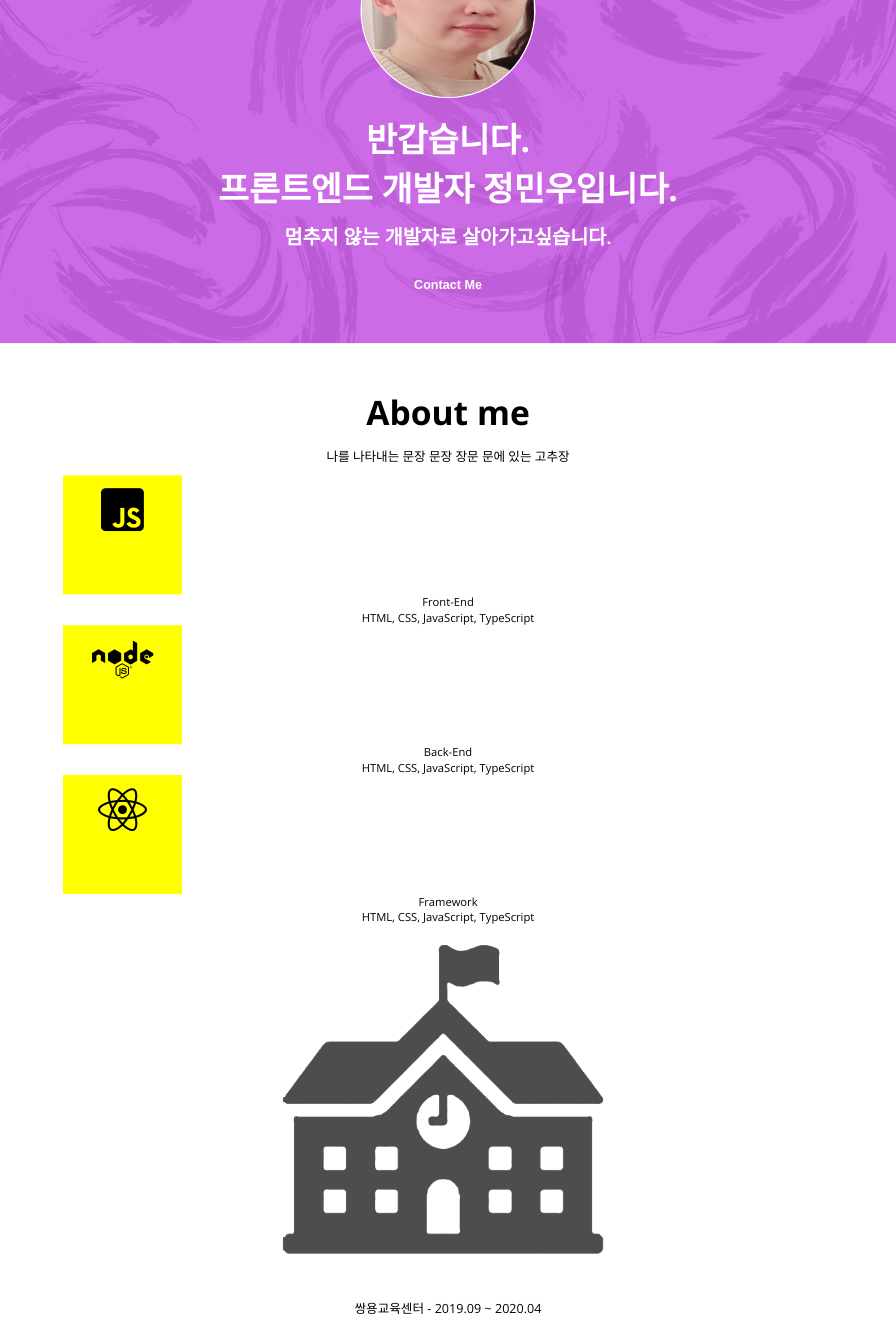
Repository: DevMinwoo-Jung/MinwooPortfolio
Page: index.html
The author's editor kept a copy of each file at every save. The page is drawn from the files as they stood at one save, then again after the next save.
The browser window is 1280 px wide. The pictures show the part of the page from y = 913 to 2833 px (the page is 8058 px tall), at 70% of full size.

Above is the page before, as saved 2021-05-31 14:35:13.

### index.html
<!DOCTYPE html>
<html lang="en">
<head>
  <meta charset="UTF-8">
  <meta http-equiv="X-UA-Compatible" content="IE=edge">
  <meta name="viewport" content="width=device-width, initial-scale=1.0">
  <title>Minwoo's Portfolio</title>
  <meta name="description" content="(will be) world-renowned Front-End Web developer Minwoo">
  <meta name="author" content= "Minwoo Jung">
  <link rel="icon" type ="image/png" href="imgs/favicon.png">
  <link rel="stylesheet" href="https://use.fontawesome.com/releases/v5.15.3/css/all.css" integrity="sha384-SZXxX4whJ79/gErwcOYf+zWLeJdY/qpuqC4cAa9rOGUstPomtqpuNWT9wdPEn2fk" crossorigin="anonymous">
  <link rel="preconnect" href="https://fonts.gstatic.com">
<link href="https://fonts.googleapis.com/css2?family=Open+Sans:wght@400;600;700&display=swap" rel="stylesheet">
<link rel="stylesheet" href="style.css">
<script src="main.js" defer></script>
</head>
<body>
  <h1>Heading</h1>
  <h2>Heading</h2>
  <h3>Heading</h3>
  <p>Paragraph</p>
  <!-- Navbar -->
  <nav id="navbar">
    <div class="navbar__logo">
      <img src="imgs/favicon.png" alt="">
      <a href="#">Minwoo</a>
    </div>
      <ul class="nvabar__menu">
        <li class="navbar__menu__item--active">Home</li>
        <li class="navbar__menu__item">About</li>
        <li class="navbar__menu__item">Skills</li>
        <li class="navbar__menu__item">My work</li>
        <li class="navbar__menu__item">Testimonial</li>
        <li class="navbar__menu__item">Contact</li>
      </ul>
  </nav>
  <!-- Home -->
  <section id="home">
    <img src="imgs/myPhoto.jpg" alt="Minwoo's profile photo" class="home__avatar">
    <h1 class="home__title">반갑습니다. <br> 프론트엔드 개발자 정민우입니다.</h1>
    <h2 class="home__description">멈추지 않는 개발자로 살아가고싶습니다.</h2>
    <button class="home__contact">Contact Me</button>
  </section>
  <!-- About -->
  <section id="about" class="section">
    <h1>About me</h1>
    <p>나를 나타내는 문장 문장 장문 문에 있는 고추장</p>
    <div class="about__majors">
      <div class="major">
        <div class="major__icon">
          <i class="fab fa-js-square"></i>
        </div>
        <div class="major__title">Front-End</div>
        <div class="major__description">
          HTML, CSS, JavaScript, TypeScript
        </div>
      </div>
      <div class="major">
        <div class="major__icon">
          <i class="fab fa-node"></i>
        </div>
        <div class="major__title">Back-End</div>
        <div class="major__description">
          HTML, CSS, JavaScript, TypeScript
        </div>
      </div>
      <div class="major">
        <div class="major__icon">
          <i class="fab fa-react"></i>
        </div>
        <div class="major__title">Framework</div>
        <div class="major__description">
          HTML, CSS, JavaScript, TypeScript
        </div>
      </div>
    </div>
    <div class="aoubt__jobs">
      <img src="imgs/school.png" alt="" class="job__logo">
      <p class="job__period">쌍용교육센터 - 2019.09 ~ 2020.04</p>
      <img src="imgs/school.png" alt="" class="job__logo">
      <p class="job__period">호서대학교 - 2012.02 ~ 2017.02</p>
    </div>



  </section>
  <!-- Skills -->
  <section id="skills" class="section">
    <h1>Skills</h1>
    <h2>Skills & Attributes</h2>
    <p>
      나를 잘 포장할 말을 쓰면 된다
    </p>
    <div class="skillset">
      <div class="skillset__left">
        <h3 class="skillset__title">Skills</h3>
        <div class="skill">
          <div class="skill__description">
            <span>HTML</span>
            <span>90%</span>
          </div>
          <div class="skill__bar">
            <div class="skill__value"></div>
          </div>
        </div>
        <div class="skill">
          <div class="skill__description">
            <span>JavaScript</span>
            <span>90%</span>
          </div>
          <div class="skill__bar">
            <div class="skill__value"></div>
          </div>
        </div>
        <div class="skill">
          <div class="skill__description">
            <span>CSS</span>
            <span>90%</span>
          </div>
          <div class="skill__bar">
            <div class="skill__value"></div>
          </div>
        </div>
        <div class="skill">
          <div class="skill__description">
            <span>TypeScript</span>
            <span>90%</span>
          </div>
          <div class="skill__bar">
            <div class="skill__value"></div>
          </div>
        </div>
        <div class="skill">
          <div class="skill__description">
            <span>NodeJs</span>
            <span>90%</span>
          </div>
          <div class="skill__bar">
            <div class="skill__value"></div>
          </div>
        </div>
      </div>
      <div class="skillset__right">
        <div class="tools">
          <h3 class="skillset__title">Tools</h3>
          <ul class="tools__list">
            <li><span>Visual Studio Code</span></li>
            <li><span>1</span></li>
            <li><span>2</span></li>
            <li><span>3</span></li>
            <li><span>4</span></li>
          </ul>
        </div>
        <div class="etc">
          <h3 class="skillset__title">Etc</h3>
          <ul class="etc__list">
            <li><span>Git</span></li>
            <li><span>Etc</span></li>
          </ul>
        </div>
      </div>
    </div>
  </section>
  <!-- Work -->
  <section id="work" class="section">
    <h1>My work</h1>
    <h3>Projects</h3>
    <div class="work__categories">
      <button class="category__btn">All <span class="category__count">8</span></button>
      <button class="category__btn">Front-End <span class="category__count">3</span></button>
      <button class="category__btn">React <span class="category__count">2</span></button>
      <button class="category__btn">vanilaJs <span class="category__count">2</span></button>
      <button class="category__btn">nodeJs <span class="category__count">1</span></button>
    </div>
    <div class="wrok__projects">
      <a href="mygithub" class="project__img" target="blank" data-type="back-end">
      <img src="imgs/favicon.png" alt="project1">
      <!-- 이미지 추후에 넣자 -->
      <div class="project__description">
        <h3>Proejct</h3>
        <span>Clone coding with HTML and CSS</span>
      </div>
      </a>
      <a href="mygithub" class="project__img" target="blank" data-type="back-end">
        <img src="imgs/favicon.png" alt="project1">
        <!-- 이미지 추후에 넣자 -->
        <div class="project__description">
          <h3>Proejct</h3>
          <span>Clone coding with HTML and CSS</span>
        </div>
        </a>
        <a href="mygithub" class="project__img" target="blank" data-type="back-end">
          <img src="imgs/favicon.png" alt="project1">
          <!-- 이미지 추후에 넣자 -->
          <div class="project__description">
            <h3>Proejct</h3>
            <span>Clone coding with HTML and CSS</span>
          </div>
          </a>
          <a href="mygithub" class="project__img" target="blank" data-type="back-end">
            <img src="imgs/favicon.png" alt="project1">
            <!-- 이미지 추후에 넣자 -->
            <div class="project__description">
              <h3>Proejct</h3>
              <span>Clone coding with HTML and CSS</span>
            </div>
            </a>
    </div>
  </section>
  <!-- Testimonials -->
  <section id="testimonials" class="section">
    <h1>Testmonials</h1>
    <h3>See what they say about me</h3>
    <div class="testmonials">
      <div class="testimonial">
        <img src="imgs/testimonail/people.jpg" alt="" class="testimonial__avatar">
        <div class="testimonail__speech-bubble">
          <p>qmffkqmffk</p>
          <p class="name"><a href="">이름</a>일한곳</p>
        </div>
      </div>
      <div class="testimonial">
        <img src="imgs/testimonail/people.jpg" alt="" class="testimonial__avatar">
        <div class="testimonail__speech-bubble">
          <p>qmffkqmffk</p>
          <p class="name"><a href="">이름</a>일한곳</p>
        </div>
      </div>
    </div>
  </section>
  <!-- Contact -->
  <section id="contact" class="section">
    <h1 class="contact__title">Let's talk</h1>
    <h2 class="contact__email">applejung312@gmail.com</h2>
    <div class="contact__links">
      <a href="https://github.com/DevMinwoo-Jung" target="_blank">
        <i class="fab fa-github"></i>
      </a>
      <a href="https://dev-minwoo.tistory.com/" target="_blank">
        <i class="fas fa-blog"></i>
      </a>
    </div>
    <p class="contact__right">
      2021 Minwoo Jung - All rights reseverd
    </p>
  </section>
</body>
</html>

### style.css
/* Global */
:root {
  /* Color */
  --color-white: #ffffff;
  --color-light-white: #eeeeee;
  --color-dark-white: #bdbdbd;
  --color-pink: #fe918d;
  --color-dark-pink: #ff6863;
  --color-dark-grey: #4d4d4d;
  --color-grey: #616161;
  --color-light-grey: #7c7979;
  --color-blue: #73aace;
  --color-yellow: #fff7d1;
  --color-orange: #feb546;
  --color-black: #000000;
  --color-dard-purple: rgb(78, 23, 69);

  /* Font size */
  --font-large: 48px;
  --font-medium: 28px;
  --font-regular: 18px;
  --font-small: 16px;
  --font-micro: 14px;

  /* Font weight */
  --weight-bold: 700;
  --weight-semi-bold: 600;
  --weight-regular: 400;

  /* Size */
  --size-border-radius: 4px;
}

/* Universal tags */
* {
  box-sizing: border-box;
}

/* Typography */
h1 {
  font-size: var(--font-large);
  font-weight: var(--weight-bold);
  color: var(--color-black);
  margin: 16px 0px;
}

h2 {
  font-size: var(--font-medium);
  font-weight: var(--weight-semi-bold);
  color: var(--color-black);
  margin: 8px 0;
}

h3 {
  font-size: var(--font-regular);
  font-weight: var(--weight-regular);
  color: var(--color-black);
  margin: 8px 0;
}

p {
  font-size: var(--font-regular);
  font-weight: var(--weight-regular);
  color: var(--color-black);
  margin: 16px 0;
}

body {
  margin: 0;
  font-family: "Open Sans", sans-serif;
  cursor: default;
}

a {
  text-decoration: none;
  color: var(--color-white);
}

ul {
  list-style: none;
  padding-left: 0;
}

li {
  list-style: none;
}

button {
  background-color: transparent;
  cursor: pointer;
  border: none;
  outline: none;
}

/* Navbar */
#navbar {
  display: flex;
  justify-content: space-between;
  background-color: purple;
  align-items: center;
  color: var(--color-white);
  padding: 16px;
}

.navbar__menu {
  display: flex;
}

.navbar__menu__item {
  padding: 8px 12px;
  margin: 0 4px;
  cursor: pointer;
  border-radius: var(--size-border-radius);
}

.navbar__logo {
  font-size: var(--font-medium);
  font-weight: var(--weight-semi-bold);
}

.navbar__menu__item--active {
  border: 1px solid var(--color-white);
}

.navbar__menu__item:hover {
  background-color: var(--color-dard-purple);
}

/* Home */
#home {
  background: url("imgs/background\ Img.png") center/cover no-repeat;
  padding: 40px;
  text-align: center;
}

.home__avatar {
  width: 250px;
  height: 250px;
  border-radius: 50%;
  border: 2px solid var(--color-white);
}

.home__title,
.home__description {
  color: var(--color-white);
}

.home__contact {
  color: var(--color-white);
  font-size: var(--font-regular);
  font-weight: var(--weight-bold);
  margin: 24px;
  padding: 8px 12px;
  border: 2px solid (var(--color-white));
  border-radius: var(--size-border-radius);
}

/* Section common */
.section {
  margin: auto;
  padding: 50px;
  text-align: center;
  max-width: 1200px;
}

/* About */
.aoubt__majors {
  display: flex;
  justify-content: space-between;
  margin: 80px 0;
}

.major__icon {
  width: 170px;
  height: 170px;
  font-size: 70px;
  background-color: yellow;
}

Loaded but not shown: main.js (no copy from this time; the picture is the same without it)

After the next save:
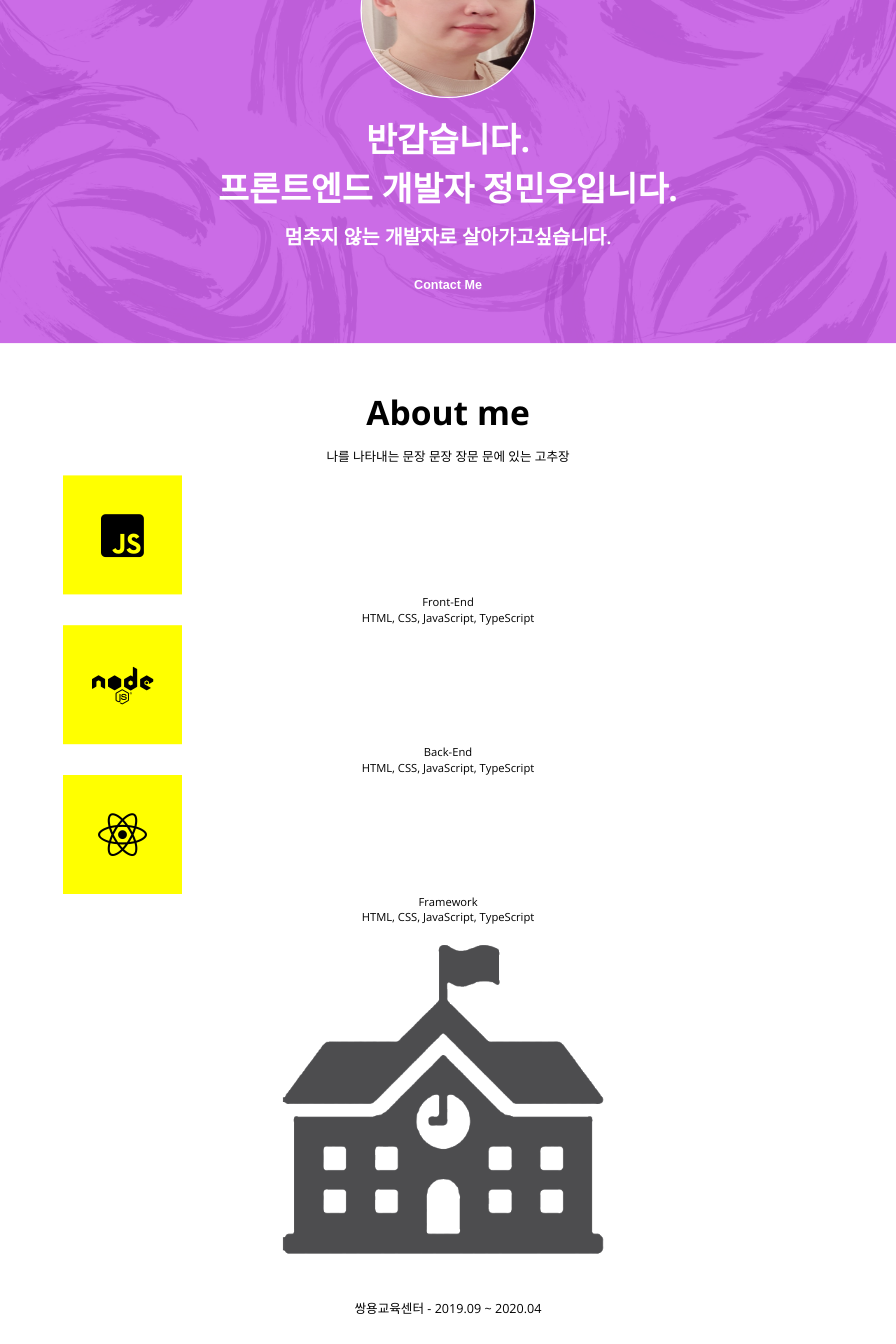
Saved 10 s later.
--- a/style.css
+++ b/style.css
@@ -174,5 +174,6 @@ button {
   width: 170px;
   height: 170px;
   font-size: 70px;
+  line-height: 170px;
   background-color: yellow;
 }
